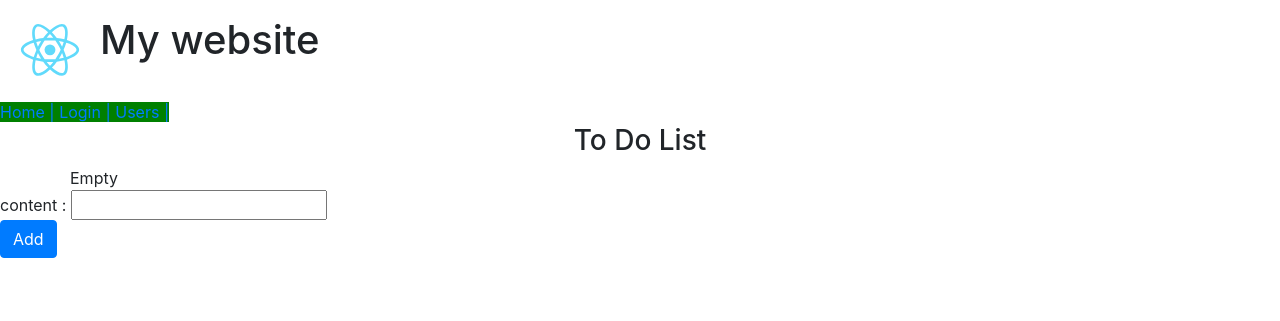
Repository: Marwa-Medhat/ReactJS-Labs
Page: / (app in myapp/)
The author's editor kept a copy of each file at every save. The page is drawn from the files as they stood at one save, then again after the next save.
The browser window is 1280 px wide. The pictures show the whole page.
The project was rebuilt for these pictures with package versions that can differ from the ones it lists, and the page was loaded fresh each time.

Above is the page before, as saved 2021-04-28 20:08:36.

After the next save:
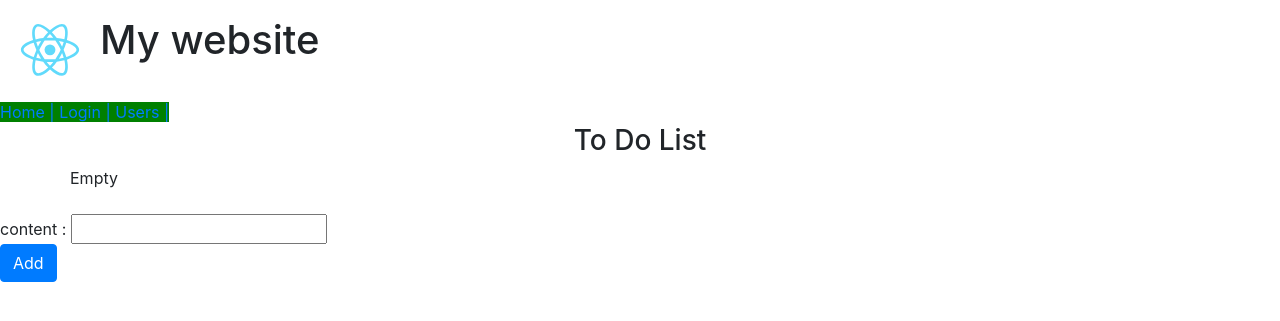
Saved 46 s later.
--- a/myapp/src/App2.js
+++ b/myapp/src/App2.js
@@ -33,7 +33,7 @@ class Todo extends React.Component{
     render(){
         return <div>
             <h3 style={{textAlign:"center",}}>To Do List</h3>
-            <DisplayTasks contents={this.state.contents} />
+            <DisplayTasks contents={this.state.contents} /><br/>
             <AddTask style={{textAlign:"center",}}addContent={this.addContent} />
         </div>
     }
